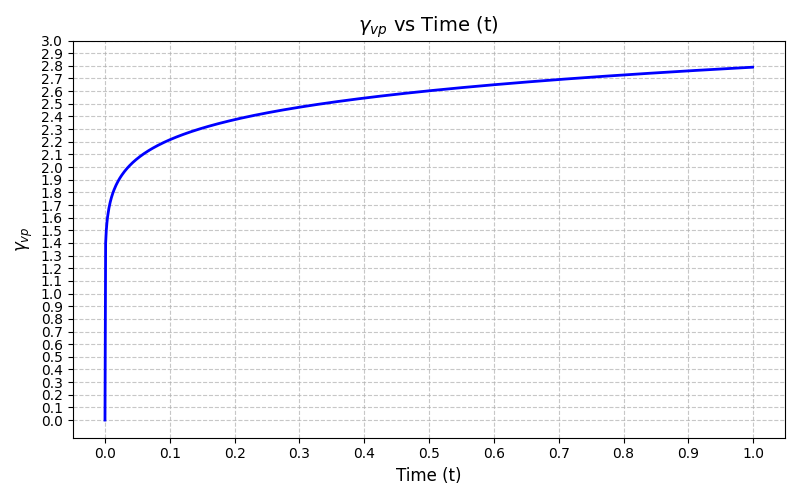
Repository: ajacquey/beaver
Script's output: python examples/viscoelasticity/Lemaitre/Lemaitre_analytical/Lemaitre_analytical.py
These files come from the project's save history. The script's output is drawn as it stood at one moment and after the next save; the edit follows.
Random numbers start from a fixed seed.

Above is the script's output before, as saved 2025-05-28 17:42:35.

After the next save:
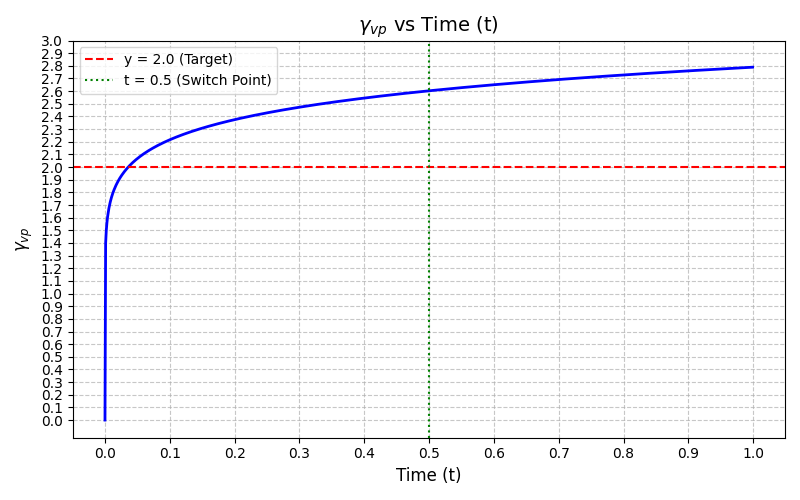
Saved 2 min 2 s later.
--- a/examples/viscoelasticity/Lemaitre/Lemaitre_analytical/Lemaitre_analytical.py
+++ b/examples/viscoelasticity/Lemaitre/Lemaitre_analytical/Lemaitre_analytical.py
@@ -29,6 +29,9 @@
 # --- Create Plot ---
 plt.figure(figsize=(8, 5))
 plt.plot(t_values, gamma_vp_values, 'b-', linewidth=2)
+plt.axhline(y=2.0, color='r', linestyle='--', label='y = 2.0 (Target)')
+plt.axvline(x=0.5, color='g', linestyle=':', label='t = 0.5 (Switch Point)')
+plt.legend()
 plt.title(r'$\gamma_{vp}$ vs Time (t)', fontsize=14)
 plt.xlabel('Time (t)', fontsize=12)
 plt.ylabel(r'$\gamma_{vp}$', fontsize=12)
